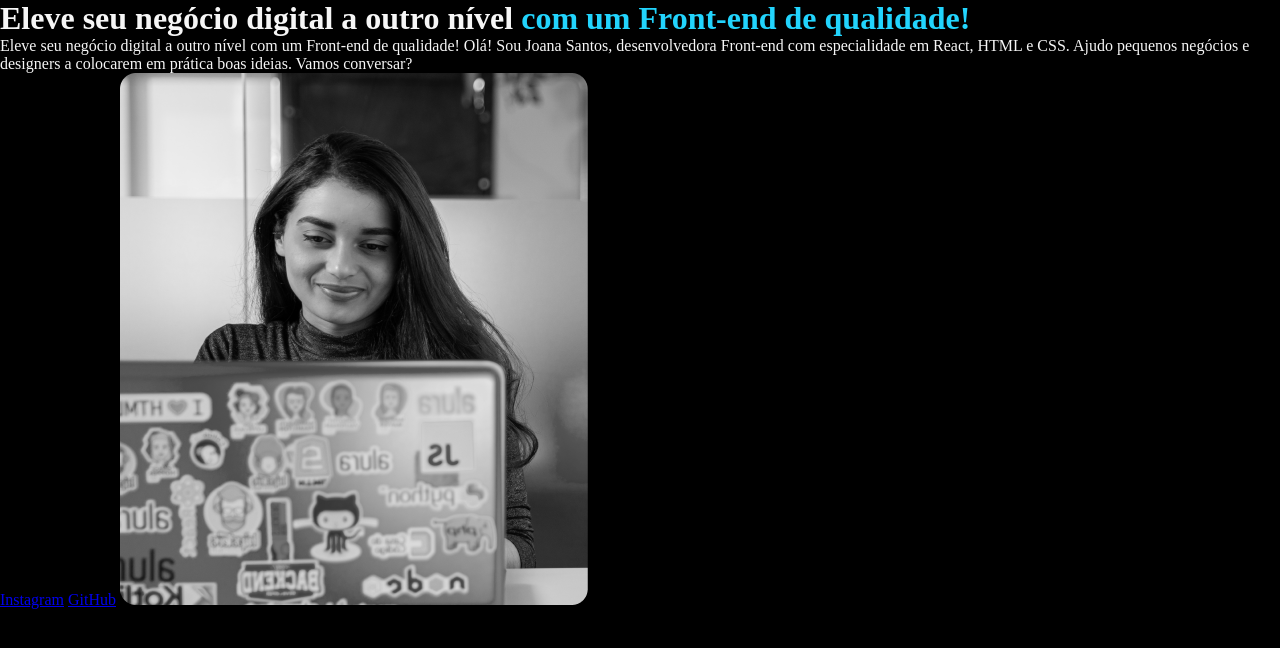
Repository: YoungAkira/CursoHtmlCss
Page: index.html
An editor plug-in stored every save of this project. The page is shown before and after the next save, followed by the edit.
The browser window is 1280 px wide. The pictures show the whole page.

Above is the page before, as saved 2023-05-12 11:16:29.

### index.html
<!DOCTYPE html>
<html lang="pt-br">
<head>
    <meta charset="UTF-8">
    <meta http-equiv="X-UA-Compatible" content="IE=edge">
    <meta name="viewport" content="width=device-width, initial-scale=1.0">
    <title>Portfolio</title>
    <link rel="stylesheet" href="style.css">
</head>
<body>
    <header></header>
    <main class="apresentacao">
        <h1>Eleve seu negócio digital a outro nível <strong class="titulo-destaque">com um Front-end de qualidade!</strong></h1>

        <p>Eleve seu negócio digital a outro nível com um Front-end de qualidade!
            Olá! Sou Joana Santos, desenvolvedora Front-end com especialidade em React,
            HTML e CSS. Ajudo pequenos negócios e designers a colocarem em prática boas
            ideias. Vamos conversar?</p>

        <a href="instagram.com">Instagram</a>
        <a href="https:instagram.com">GitHub</a>
        <img src="imagem.png" alt="Foto Joana Santos programando">

    </main>
    <footer></footer>


</body>
</html>

### style.css
*{
    margin: 0;
    padding: 0;
}


body {
    background-color: black;
    box-sizing: border-box;
    color: #F6F6F6;
    height: 100vh;
}

.titulo-destaque {
    color: #22D4FD;
}

After the next save:
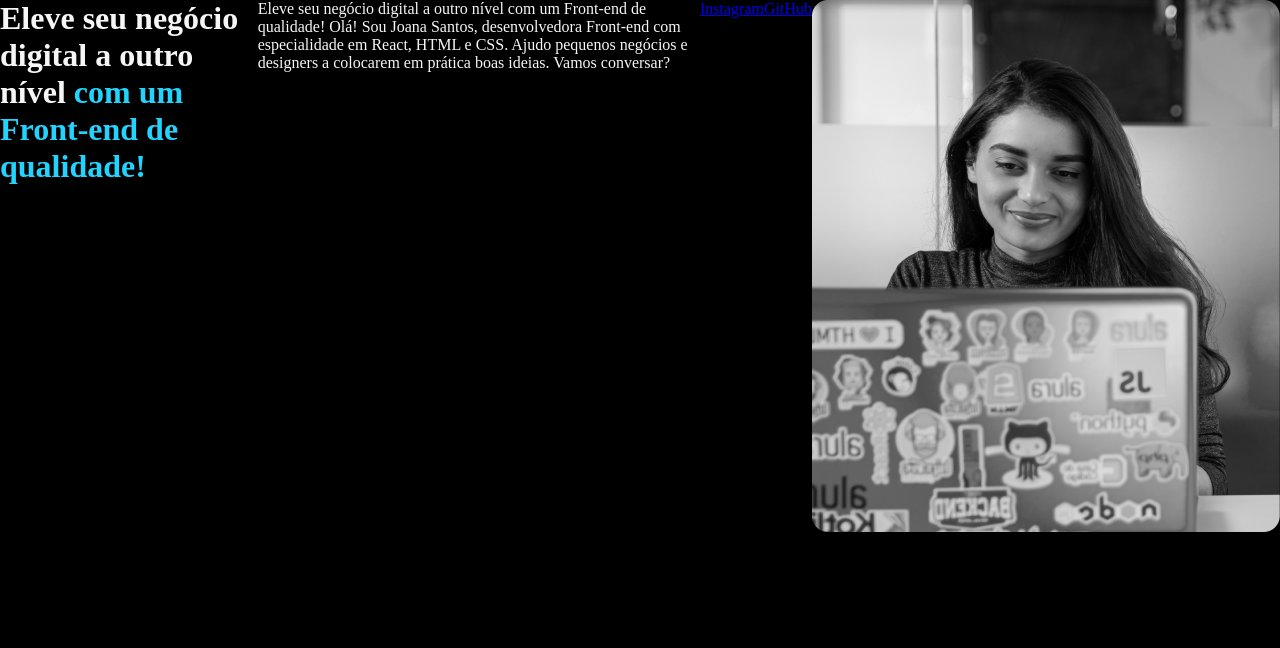
Saved 82 s later.
--- a/style.css
+++ b/style.css
@@ -2,6 +2,7 @@
     margin: 0;
     padding: 0;
 }
+
 
 
 body {
@@ -11,6 +12,13 @@ body {
     height: 100vh;
 }
 
+
+
 .titulo-destaque {
     color: #22D4FD;
 }
+
+
+.apresentacao{
+    display: flex;
+}
